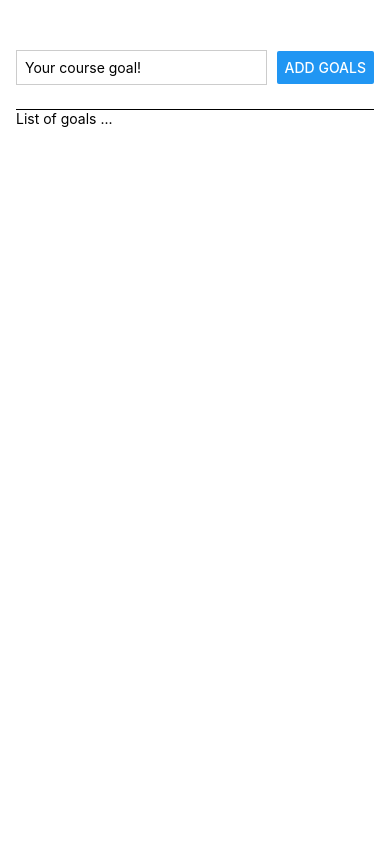
Repository: vanh1604/Todo-List
Screen: /
These files come from the project's save history. The screen is drawn as it stood at one moment and after the next save; the edit follows.
The app was drawn by React Native's web renderer in a window 390 px wide. The project was rebuilt for these pictures with package versions that can differ from the ones it lists, and the page was loaded fresh each time.

Above is the screen before, as saved 2023-06-16 15:34:53.

After the next save:
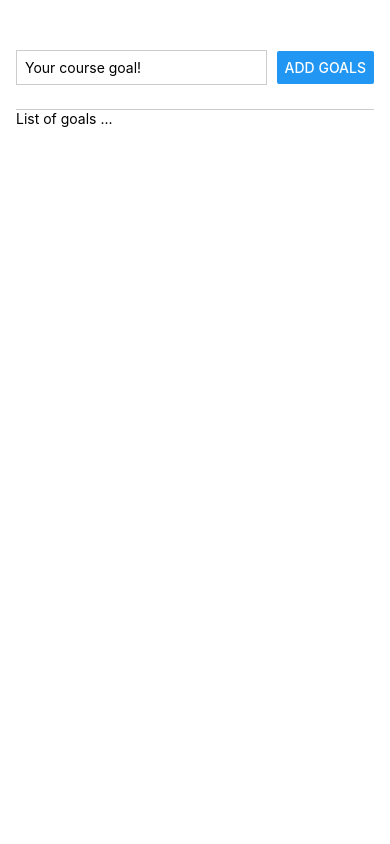
Saved 14 s later.
--- a/App.js
+++ b/App.js
@@ -28,6 +28,7 @@ const styles = StyleSheet.create({
     alignItems: "center",
     paddingBottom: 24,
     borderBottomWidth: 1,
+    borderBottomColor: "#cccccc",
   },
   textInput: {
     borderWidth: 1,
